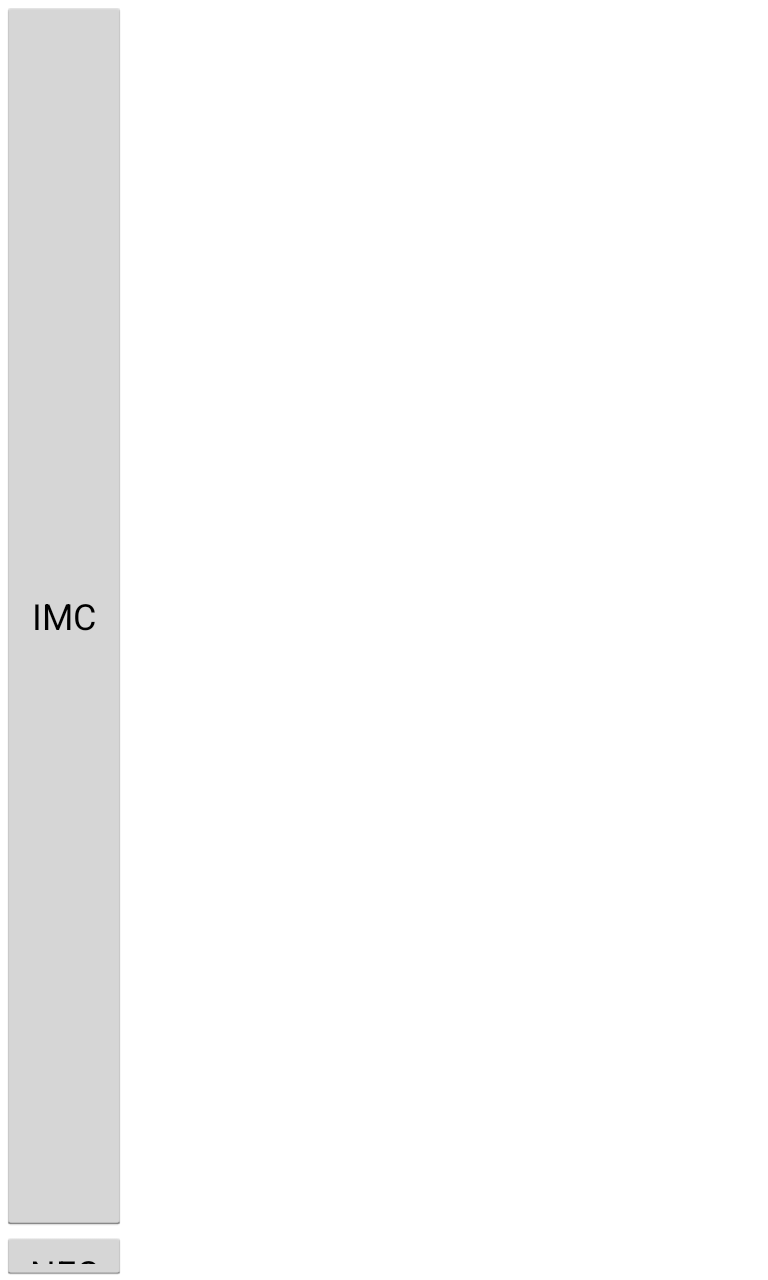
Repository: BlackyFox/PST4-NFC
Layout: Antoine/App_test/res/layout/activity_main.xml
An editor plug-in stored every save of this project. The layout is shown before and after the next save, followed by the edit.
It is drawn on a 768 x 1280 px phone screen (xhdpi) without system bars, with theme AppTheme; the app's code is not run.

Above is the layout before, as saved 2014-11-11 18:31:33.

### Antoine/App_test/res/layout/activity_main.xml
<?xml version="1.0" encoding="utf-8"?>
<LinearLayout xmlns:android="http://schemas.android.com/apk/res/android"
  android:layout_width="fill_parent"
  android:layout_height="fill_parent"
  android:orientation="vertical">

  	<Button
    	android:id="@+id/b_imc"
        android:layout_width="wrap_content"
        android:layout_height="fill_parent"
        android:text="@string/b_imc"
        android:layout_weight="1"
    />
  	      <Button
          android:id="@+id/b_nfc"
          android:layout_width="wrap_content"
          android:layout_height="wrap_content"
          android:text="@string/b_nfc"
          android:layout_weight="1"
          />
  </LinearLayout>

### Antoine/App_test/res/values/strings.xml
<?xml version="1.0" encoding="utf-8"?>
<resources>

    <string name="app_name">App_test</string>
    <string name="hello_world">Hello world!</string>
    <string name="action_settings">Settings</string>
    <string name="poids">Poids :</string>
    <string name="hint_poids">Poids</string>
    <string name="result">Vous devez cliquer sur le bouton « Calculer l\'IMC » pour obtenir un résultat.</string>
    <string name="resultat">\n<b><u>Résultat :</u></b>\n</string>
    <string name="raz">Remise à zéro</string>
    <string name="calcul">Calculer l\'IMC</string>
    <string name="mega">Méga fonction</string>
    <string name="xiii">XIII</string>
    <string name="cm">Centimètre</string>
    <string name="m">Mètre</string>
    <string name="taille">Taille :</string>
    <string name="hint_taille">Taille</string>
    <string name="b_imc">IMC</string>
    <string name="b_nfc">NFC</string>

</resources>

Loaded but not shown: Antoine/App_test/res/values/styles.xml (common file); Antoine/App_test/res/values-v11/styles.xml (common file); Antoine/App_test/res/values-v14/styles.xml (common file)

After the next save:
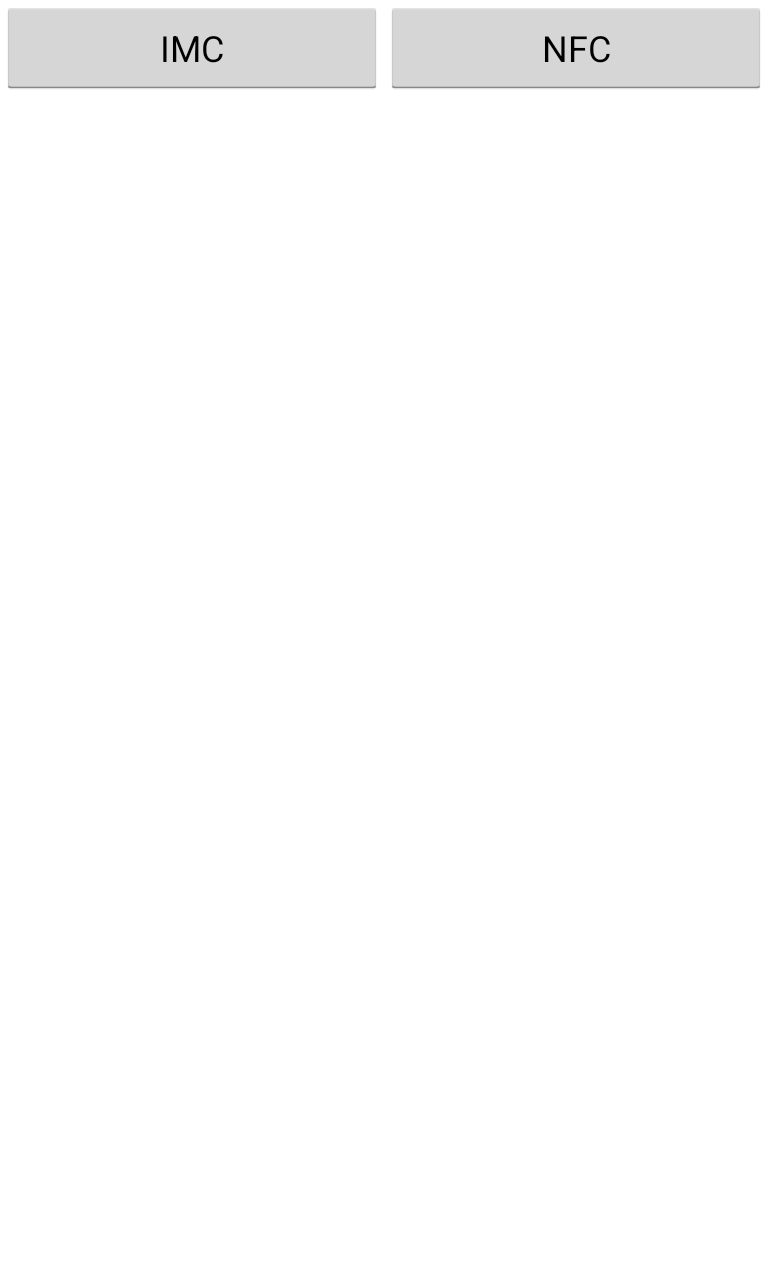
Saved 83 s later.
--- a/Antoine/App_test/res/layout/activity_main.xml
+++ b/Antoine/App_test/res/layout/activity_main.xml
@@ -2,12 +2,12 @@
 <LinearLayout xmlns:android="http://schemas.android.com/apk/res/android"
   android:layout_width="fill_parent"
   android:layout_height="fill_parent"
-  android:orientation="vertical">
+  android:orientation="horizontal">
 
   	<Button
     	android:id="@+id/b_imc"
         android:layout_width="wrap_content"
-        android:layout_height="fill_parent"
+        android:layout_height="wrap_content"
         android:text="@string/b_imc"
         android:layout_weight="1"
     />
